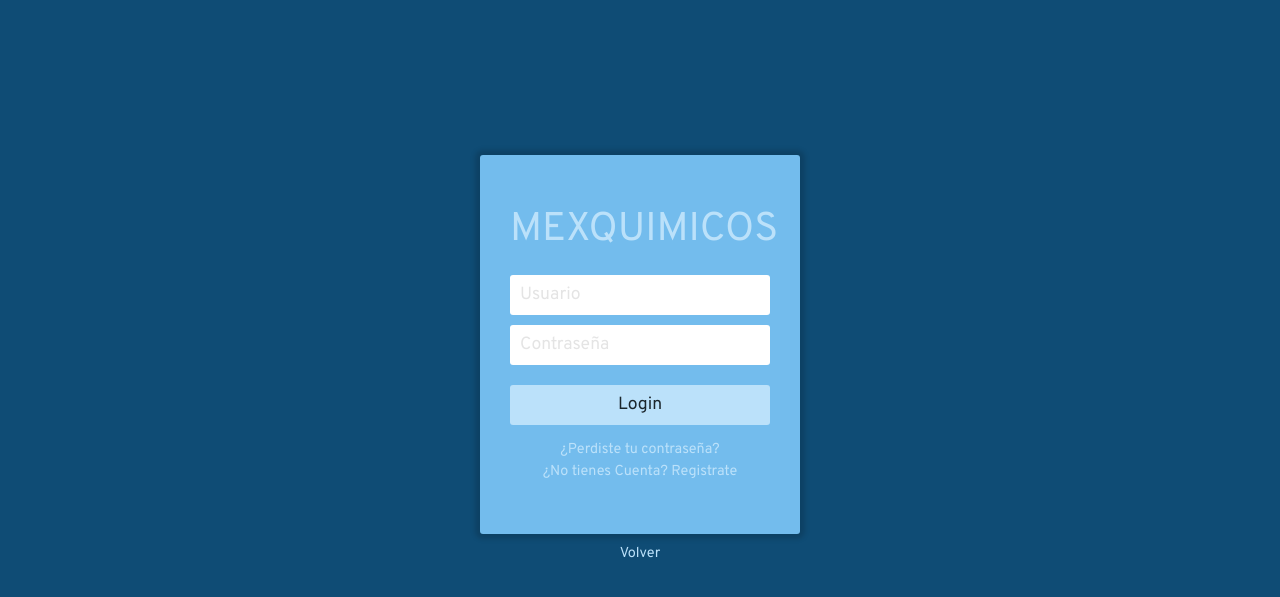
Repository: iDiv3r/MexiQuimicosIsay
Page: Index.html
The author's editor kept a copy of each file at every save. The page is drawn from the files as they stood at one save, then again after the next save.
The browser window is 1280 px wide. The pictures show the whole page.

Above is the page before, as saved 2023-11-26 15:50:30.

### Index.html
<!doctype html>
<html lang="es">

    <head>

        <meta charset="utf-8">

        <title> Formulario de Acceso </title>

        <meta name="viewport" content="width=device-width, initial-scale=1.0">
        <meta name="author" content="Videojuegos & Desarrollo">
        <meta name="description" content="Muestra de un formulario de acceso en HTML y CSS">
        <meta name="keywords" content="Formulario Acceso, Formulario de LogIn">

        <link href="https://fonts.googleapis.com/css?family=Nunito&display=swap" rel="stylesheet">
        <link href="https://fonts.googleapis.com/css?family=Overpass&display=swap" rel="stylesheet">
        <link rel="stylesheet" href="css/login.css">

        <style type="text/css">

        </style>

        <script type="text/javascript">

        </script>

    </head>

    <body>

        <div id="contenedor">
            <div id="central">
                <div id="login">
                    <div class="titulo">
                        MEXQUIMICOS
                    </div>
                    <form id="loginform">
                        <input type="text" name="usuario" placeholder="Usuario" required>

                        <input type="password" placeholder="Contraseña" name="password" required>

                        <button type="submit" title="Ingresar" name="Ingresar">Login</button>
                    </form>
                    <div class="pie-form">
                        <a href="#">¿Perdiste tu contraseña?</a>
                        <a href="#">¿No tienes Cuenta? Registrate</a>
                    </div>
                </div>
                <div class="inferior">
                    <a href="#">Volver</a>
                </div>
            </div>
        </div>

    </body>
</html>

### css/login.css
body {
    font-family: 'Overpass', sans-serif;
    font-weight: normal;
    font-size: 100%;
    color: #9bcee9;

    margin: 0;
    background-color: #0f4c75;
}

#contenedor {
    display: flex;
    align-items: center;
    justify-content: center;

    margin: 0;
    padding: 0;
    min-width: 100vw;
    min-height: 100vh;
    width: 100%;
    height: 100%;
}

#central {
    max-width: 320px;
    width: 100%;
}

.titulo {
    font-size: 250%;
    color:#bbe1fa;
    text-align: center;
    margin-bottom: 20px;
}

#login {
    width: 100%;
    padding: 50px 30px;
    background-color: #73bced;

    -webkit-box-shadow: 0px 0px 5px 5px rgba(0,0,0,0.15);
    -moz-box-shadow: 0px 0px 5px 5px rgba(0,0,0,0.15);
    box-shadow: 0px 0px 5px 5px rgba(0,0,0,0.15);

    border-radius: 3px 3px 3px 3px;
    -moz-border-radius: 3px 3px 3px 3px;
    -webkit-border-radius: 3px 3px 3px 3px;

    box-sizing: border-box;
}

#login input {
    font-family: 'Overpass', sans-serif;
    font-size: 110%;
    color: #1b262c;

    display: block;
    width: 100%;
    height: 40px;

    margin-bottom: 10px;
    padding: 5px 5px 5px 10px;

    box-sizing: border-box;

    border: none;
    border-radius: 3px 3px 3px 3px;
    -moz-border-radius: 3px 3px 3px 3px;
    -webkit-border-radius: 3px 3px 3px 3px;
}

#login input::placeholder {
    font-family: 'Overpass', sans-serif;
    color: #E4E4E4;
}

#login button {
    font-family: 'Overpass', sans-serif;
    font-size: 110%;
    color:#1b262c;
    width: 100%;
    height: 40px;
    border: none;

    border-radius: 3px 3px 3px 3px;
    -moz-border-radius: 3px 3px 3px 3px;
    -webkit-border-radius: 3px 3px 3px 3px;

    background-color: #bbe1fa;

    margin-top: 10px;
}

#login button:hover {
    background-color: #5ccef4;
    color:#bbe1fa;
}

.pie-form {
    font-size: 90%;
    text-align: center;
    margin-top: 15px;
}

.pie-form a {
    display: block;
    text-decoration: none;
    color: #bbe1fa;
    margin-bottom: 3px;
}

.pie-form a:hover {
    color: #0f4c75;
}

.inferior {
    margin-top: 10px;
    font-size: 90%;
    text-align: center;
}

.inferior a {
    display: block;
    text-decoration: none;
    color: #bbe1fa;
    margin-bottom: 3px;
}

.inferior a:hover {
    color: #3282b8;
}

After the next save:
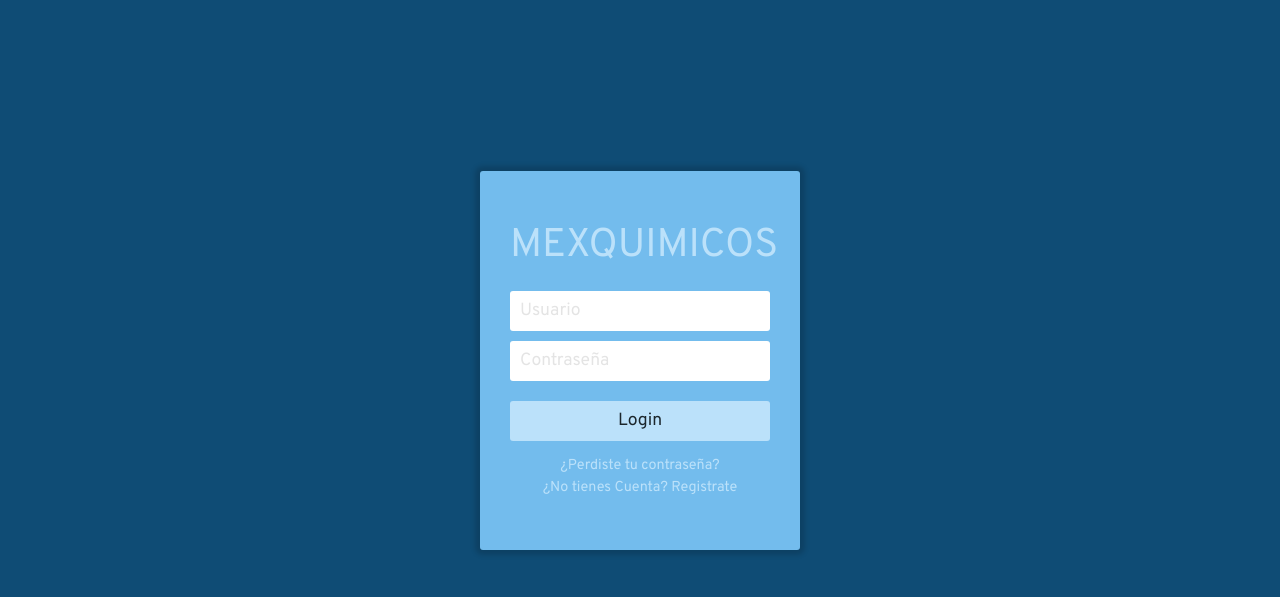
Saved 4 min 27 s later.
--- a/Index.html
+++ b/Index.html
@@ -46,11 +46,7 @@
                         <a href="#">¿No tienes Cuenta? Registrate</a>
                     </div>
                 </div>
-                <div class="inferior">
-                    <a href="#">Volver</a>
-                </div>
             </div>
         </div>
-
     </body>
 </html>
